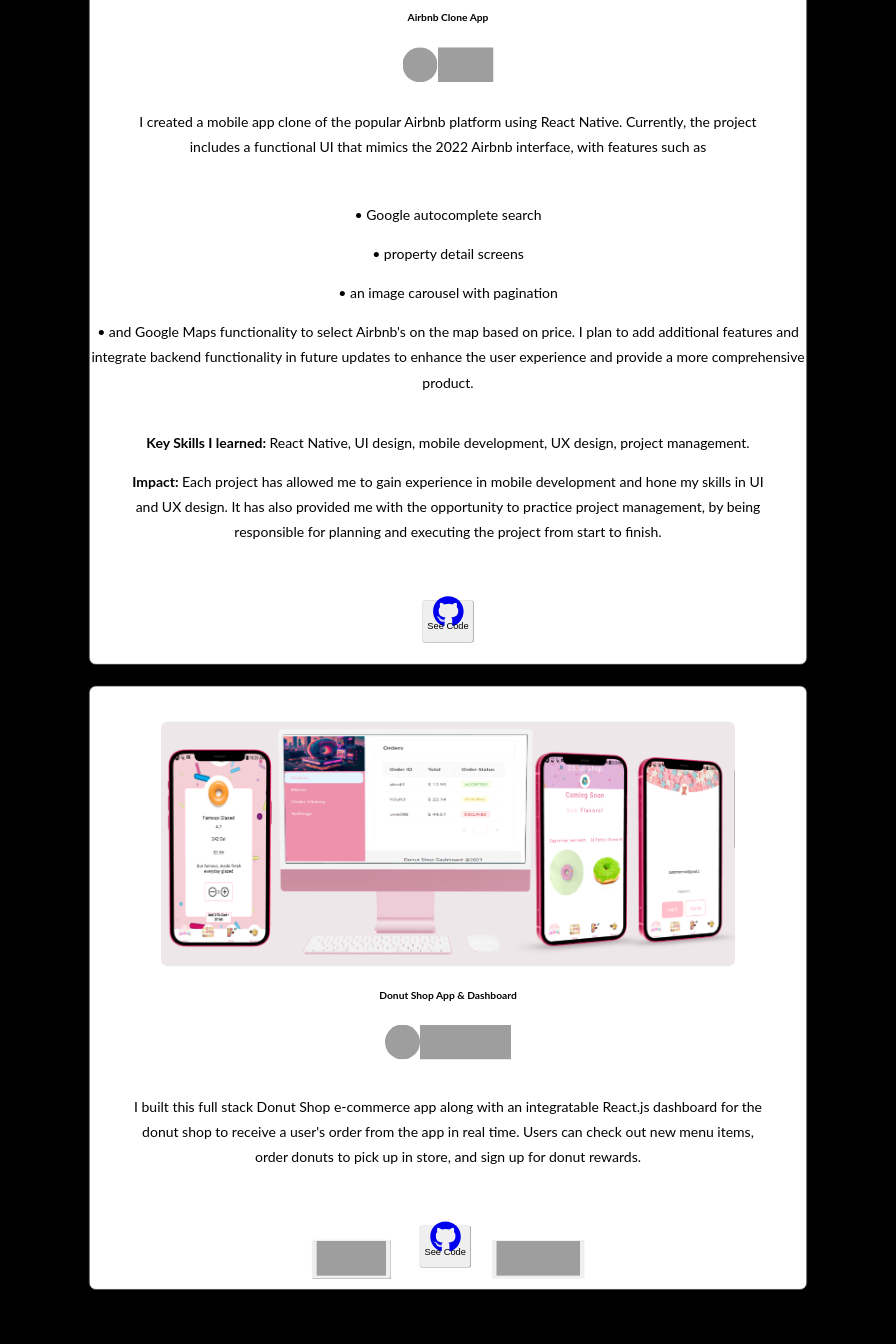
Repository: JamesPesenti/portfolio
Page: /
The author's editor kept a copy of each file at every save. The page is drawn from the files as they stood at one save, then again after the next save.
The browser window is 1280 px wide. The pictures show the part of the page from y = 1911 to 3831 px (the page is 6929 px tall), at 70% of full size.
Pictures or frames that could not be fetched are drawn as grey boxes. The project was rebuilt for these pictures with package versions that can differ from the ones it lists, and the page was loaded fresh each time. Imported but missing from the stored project, and not drawn on this page: src/Components/James Pesenti Resume 2023.pdf.

Above is the page before, as saved 2023-05-05 17:03:48.

### public/index.html
<!DOCTYPE html>
<html lang="en">
  <head>
    <meta charset="utf-8" />
    <link rel="" href="" />
    <meta name="viewport" content="width=device-width, initial-scale=1" />
    <meta name="theme-color" content="#000000" />
    <meta name="description" content="James Pesenti Portfolio 2022" />
    <link rel="apple-touch-icon" href="" />
    <link rel="manifest" href="%PUBLIC_URL%/manifest.json" />

    <title>Portfolio 2023</title>

  </head>
  <body>
    <div id="root"></div>
  </body>
</html>

### src/Components/Navbar.jsx
import React, {Component} from 'react'
import { FaGithub } from "react-icons/fa";
import { FaEnvelope } from "react-icons/fa";
import { FaFile } from "react-icons/fa";
import Pdf from "../Components/James Pesenti Resume 2023.pdf"


const Navbar = () => {
  return (
    <>
          <div className="navbar flex">
            <div className="container">
                <nav>
                  <ul style={{textAlign: "center", marginTop: 70, position: 'relative', left: 0, top: -2}}>
                    <li>
                      <a className="App-link"  href="mailto:jamespesenti91@gmail.com" target="_blank" rel="noopener noreferrer">
                      <FaEnvelope size={35} style={{display: "flex", textAlign: "center", marginLeft: 10}}/>
                          Contact
                      </a>
                    </li>
                    <li>
                      <a className="App-link" href="https://github.com/JamesPesenti" target="_blank" rel="noopener noreferrer">
                        <FaGithub size={35} style={{display: "flex", textAlign: "center", marginLeft: 10}} />
                        GitHub
                      </a>
                    </li>
                    <li>
                      <a className="App-link" href={Pdf} target="_blank" rel="noopener noreferrer">
                        <FaFile size={35} style={{display: "flex", textAlign: "center", marginLeft: 10}} />
                        Resume
                      </a>
                    </li>
                  </ul>
                </nav>
                {/* <h4 style={{color: "white", textAlign: 'center', marginBottom:-440}}>
                  See my work below and send a message to get in touch
                </h4> */}
            </div>
          </div>
    </>
  )
}

export default Navbar

### src/Components/AboutMe.jsx
import React from 'react'
import { FontAwesomeIcon } from '@fortawesome/react-fontawesome'
import { FaGithub } from "react-icons/fa";
import { FaMapPin } from "react-icons/fa";

const AboutMe = () => {
  return (
    <>

        <div style={{justifyContent: "center", textAlign: "center", color: "white", padding: 50,}}>
            {/* Spinning image  */}
            {/* <img style={{padding: 10, borderRadius: "50%", width: 200, height: 200,}} src="/images/IMG_1619.jpg" className="App-logo" alt="logo" /> */}
            <img style={{padding: 10, borderRadius: "50%", width: 200, height: 200,}} src="/images/IMG_1619.jpg" alt="logo" />
            <h1>I'm James Pesenti</h1>
            <h2>a Software Developer building mobile apps and websites</h2>
              <FaMapPin size={20} style={{position: "relative", top: 5, right: 65, }} />
              <h3 style={{marginTop: -24}}> Chicago, IL</h3>
        </div>

</>
  )
}

export default AboutMe

### src/Components/Scroll.jsx
import React from 'react'
import '../CSS/App.css';


const Scroll = () => {

  return (
    <>

        <div style={{marginBottom: 400, justifyContnent: 'center'}} id="section09" class="demo">
          <a href="#parallaxContainer">
            <span></span>
            Scroll down to see my work
          </a>
        </div>

    </>
  )
}

export default Scroll

### src/Components/MyProjects.jsx
import UberGoogleButton from "../Components/UberGoogleButton"
import AstonGoogleButton from "./AstonGoogleButton"
import AstonAppleButton from "./AstonAppleButton"
import BarceGoogleButton from "../Components/BarceGoogleButton"
import BarceAppleButton from "./BarceAppleButton"
import { FaGithub } from "react-icons/fa";

const MyProjects = () => {
  return (

  <>
    <div id="parallaxContainer">

    {/* Airbnb Clone */}
    <div style={{ justifyContent: 'center', alignItems: 'center',  width: "80%", borderRadius: 10}} className="box">
            <div>
                <img style={{ borderRadius: 10, marginTop: 50, marginBottom: -35, width: "48%", height: 350, transition: ".7s", }} src="images/mockrocket-capture (11).png" />
            </div>
            <h4 style={{textAlign: 'center'}}>Airbnb Clone App</h4>
                <div style={{flexDirection: "row", padding: 10, borderRadius: 10, marginBottom: -40,}}>
                  <img style={{width: 50, height: 50, borderRadius: 50}} src="https://i.pinimg.com/originals/8a/02/1a/8a021aa097236b42dd71fb731e3d894d.gif"/>
                  <img style={{width: 80, height: 50, }} src="https://www.datocms-assets.com/45470/1631026680-logo-react-native.png"  />
                  {/* <img style={{width: 50, height: 50, }} src="https://pbs.twimg.com/profile_images/1114309924551417856/FKA4cm2x_400x400.png"  /> */}
                </div>
            <p style={{fontSize: 20, textAlign: 'center', padding: 40, marginBottom: 0}}>I created a mobile app clone of the popular Airbnb platform using React Native. Currently, the project includes a functional UI that mimics the 2022 Airbnb interface, with features such as</p>
            <p style={{fontSize: 20, textAlign: 'center', padding: 0}}>&#8226; Google autocomplete search</p>
            <p style={{fontSize: 20, textAlign: 'center', padding: 0,}}>&#8226; property detail screens</p>
            <p style={{fontSize: 20, textAlign: 'center', padding: 0}}>&#8226; an image carousel with pagination</p>
            <p style={{fontSize: 20, textAlign: 'center', padding: 0}}> &#8226; and Google Maps functionality to select Airbnb's on the map based on price. I plan to add additional features and integrate backend functionality in future updates to enhance the user experience and provide a more comprehensive product.</p>
            <p style={{fontSize: 20, textAlign: 'center', padding: 30, marginBottom: -80}}><b> Key Skills I learned: </b>React Native, UI design, mobile development, UX design, project management.</p>
            <p style={{fontSize: 20, textAlign: 'center', padding: 50}}><b> Impact: </b> Each project has allowed me to gain experience in mobile development and hone my skills in UI and UX design. It has also provided me with the opportunity to practice project management, by being responsible for planning and executing the project from start to finish.</p>

            <div style={{flexDirection: "row"}}>
                {/* <UberGoogleButton  /> */}
                <button style={{marginTop: 40}} type="button" className="codeButton">
                  <a href="https://github.com/JamesPesenti/Airbnb" target="_blank" rel="noopener noreferrer">
                    <FaGithub  size={45} style={{ marginTop: -80, marginBottom: -25, justifyContent: "center", textAlign: "center"}} />
                  </a>
                  <p>See Code</p>
                </button>
                {/* <AstonAppleButton  /> */}
            </div>

        </div>


     {/* Donut Shop App */}
     <div style={{marginTop: 30, marginBottom: 20, justifyContent: 'center', alignItems: 'center',  width: "80%", borderRadius: 10}} className="box">
            <div>
                <img style={{ borderRadius: 10, marginTop: 50, width: "80%", height: 350, transition: ".7s", }} src="/images/appAndDashMock.png" />
            </div>
            <h4 style={{textAlign: 'center'}}>Donut Shop App & Dashboard</h4>
                <div style={{flexDirection: "row", padding: 10, borderRadius: 10, marginBottom: -40,}}>
                  <img style={{width: 50, height: 50, borderRadius: 50}} src="https://i.pinimg.com/originals/8a/02/1a/8a021aa097236b42dd71fb731e3d894d.gif"/>
                  <img style={{width: 80, height: 50, }} src="https://www.datocms-assets.com/45470/1631026680-logo-react-native.png"  />
                  <img style={{width: 50, height: 50, }} src="https://pbs.twimg.com/profile_images/1114309924551417856/FKA4cm2x_400x400.png"  />
                </div>
            <p style={{fontSize: 20,textAlign: 'center', padding: 50}}>I built this full stack Donut Shop e-commerce app along with an integratable React.js dashboard for the donut shop to receive a user's order from the app in real time. Users can check out new menu items, order donuts to pick up in store, and sign up for donut rewards.</p>

            <div style={{flexDirection: "row"}}>
                <UberGoogleButton  />
                <button style={{marginTop: 40}} type="button" className="codeButton">
                  <a href="https://github.com/JamesPesenti/Donut_Shop" target="_blank" rel="noopener noreferrer">
                    <FaGithub  size={45} style={{ marginTop: -80, marginBottom: -25, justifyContent: "center", textAlign: "center"}} />
                  </a>
                  <p>See Code</p>
                </button>
                <AstonAppleButton  />
            </div>

        </div>


    {/* Uber Eats App */}
    <div style={{marginTop: 80, marginBottom: 60, justifyContent: 'center', alignItems: 'center',  width: "80%", borderRadius: 10}} className="box">
            <div className="imgWrapper" style={{width: 480, height: 350}}>
                <img style={{ borderRadius: 5, marginTop: 50, width: "100%", height: 300, transition: ".7s", }} src="/images/UberEatsLast.png" />
            </div>
            <h4 style={{textAlign: 'center'}}>Uber Eats Clone App</h4>
                <div style={{flexDirection: "row", padding: 10, borderRadius: 10, marginBottom: -40,}}>
                  <img style={{width: 50, height: 50, borderRadius: 50}} src="https://i.pinimg.com/originals/8a/02/1a/8a021aa097236b42dd71fb731e3d894d.gif"/>
                  <img style={{width: 80, height: 50, }} src="https://www.datocms-assets.com/45470/1631026680-logo-react-native.png"  />
                  <img style={{width: 50, height: 50, }} src="https://pbs.twimg.com/profile_images/1114309924551417856/FKA4cm2x_400x400.png" />
                </div>
            <p style={{fontSize: 20,textAlign: 'center', padding: 50}}>A full stack React Native app inspired by the UberEats user app. I utilized AWS Amplify's datastore to configure the back-end to query and save customer's orders and used Amazon Cognito for user registration, authentication, & account recovery.</p>

            <div style={{flexDirection: "row"}}>
                <UberGoogleButton  />
                <button style={{marginTop: 40}} type="button" className="codeButton">
                  <a href="https://github.com/JamesPesenti/UberEatsClone" target="_blank" rel="noopener noreferrer">
                    <FaGithub  size={45} style={{ marginTop: -80, marginBottom: -20, justifyContent: "center", textAlign: "center"}} />
                  </a>
                  <p>See Code</p>
                </button>
                <AstonAppleButton  />
            </div>

        </div>


     {/* Aston Waikiki App */}
       <div style={{marginTop: 80, marginBottom: 120, justifyContent: 'center', alignItems: 'center',  width: "80%", borderRadius: 10}} className="box">
            <div className="imgWrapper" style={{width: 450, height: 350}}>
                <img style={{ marginTop: 50, width: "100%", height: "auto", transition: ".7s", }} src="/images/astonmock.png" />
            </div>
            <h4 style={{textAlign: 'center'}}>Aston Waikiki Hotel UI</h4>
                <div style={{flexDirection: "row", padding: 10, borderRadius: 10, marginBottom: -40,}}>
                  <img style={{width: 50, height: 50, borderRadius: 50}} src="https://i.pinimg.com/originals/8a/02/1a/8a021aa097236b42dd71fb731e3d894d.gif"/>
                  <img style={{width: 80, height: 50, }} src="https://www.datocms-assets.com/45470/1631026680-logo-react-native.png"  />
                </div>
            <p style={{fontSize: 20,textAlign: 'center', padding: 50}}>A React Native UI design I created to reimagine the hotel Aston Waikiki Beach's website into a cross platform mobile app. I used most of the content and images from the current website and utilized both Bottom Tabs, Drawer navigation and other React Native libraries for a better user experience.</p>

            <div style={{flexDirection: "row"}}>
                <AstonGoogleButton  />
                <button style={{marginTop: 40}} type="button" className="codeButton">
                        <a href="https://github.com/JamesPesenti/AstonWaikikiBeachApp" target="_blank" rel="noopener noreferrer">
                            <FaGithub  size={45} style={{ marginTop: -80, marginBottom: -20, justifyContent: "center", textAlign: "center"}} />
                        </a>
                        <p>See Code</p>
                </button>
                <AstonAppleButton  />
            </div>

        </div>


    {/* Barcelona App */}
       <div style={{marginTop: 20, marginBottom: 120, justifyContent: 'center', alignItems: 'center',  width: "80%", borderRadius: 10}} className="box">
            <div className="imgWrapper" style={{width: 650, height: 300}}>
                <img style={{ marginTop: 30, width: "100%", height: 250, transition: ".7s", }} src="/images/barcelonamockup.png" />
            </div>
            <h4 style={{textAlign: 'center'}}>Barcelona Tourist App</h4>
                <div style={{flexDirection: "row", padding: 10, borderRadius: 10, marginBottom: -20,}}>
                <img style={{width: 80, height: 50,}} src="https://www.datocms-assets.com/45470/1631026680-logo-react-native.png"  />
                <img style={{width: 50, height: 50, borderRadius: 50}} src="https://i.pinimg.com/originals/8a/02/1a/8a021aa097236b42dd71fb731e3d894d.gif"/>
                </div>
            <p style={{fontSize: 20, textAlign: 'center', padding: 50}}>I created this React Native app for visitors of Barcelona Spain to save pictures and locations of their favorite places. I used pop-up modals for users to quickly get information on popular sights and used geolocation with google maps so users can save their location and select it on the map.</p>

            <div style={{flexDirection: "row"}}>
               <BarceAppleButton  />
                <button style={{marginTop: 40}} type="button" className="codeButton">
                        <a href="https://github.com/JamesPesenti/BarcelonaApp" target="_blank" rel="noopener noreferrer">
                            <FaGithub  size={45} style={{ marginTop: -80, marginBottom: -20, justifyContent: "center", textAlign: "center"}} />
                        </a>
                        <p>See Code</p>
                </button>
                <BarceGoogleButton  />
            </div>

        </div>

    {/* IAR React App */}
        {/* <div style={{marginBottom: 0, justifyContent: 'center', alignItems: 'center',  width: "80%", borderRadius: 10}} className="box">
            <img style={{ width: 600, height: 350, borderRadius: 10, borderWidth: 2, borderColor: "green"}} src="/images/innermock.png" />
            <h4 style={{textAlign: 'center'}}>Inner Aura Readings Website</h4>
            <div style={{flexDirection: "row", padding: 10, borderRadius: 10}}>
                <img src="https://www.logo.wine/a/logo/React_(web_framework)/React_(web_framework)-Logo.wine.svg" style={{width: 100, height: 50,}} />
                <img className="logoBox" src="https://cdn.pixabay.com/photo/2017/08/05/11/16/logo-2582747_1280.png" style={{width: 50, height: 50,}} />
            </div>
            <p style={{fontSize: 20, textAlign: 'center', padding: 50}}>This was the first official React.js web app that I developed. I made it for a friend who wanted to reach more customers with a mobile friendly website. I made multiple iterations and converted it into a PWA for offline operability with native like performance. </p>
            <button style={{marginTop: 0}} type="button" className="codeButton">
                        <a href="https://github.com/JamesPesenti/InnerAuraReadings2022" target="_blank" rel="noopener noreferrer">
                            <FaGithub  size={45} style={{ marginTop: -80, marginBottom: -20, justifyContent: "center", textAlign: "center"}} />
                        </a>
                        <p>See Code</p>
            </button>

        </div> */}


{/* REapp */}
        {/* <div style={{marginBottom: 100, justifyContent: 'center', alignItems: 'center',  width: "80%", borderRadius: 10,}} className="box">
        <img style={{marginTop: 50, width: 800, height: 350, borderRadius: 10, borderWidth: 2, borderColor: "green"}} src="/images/remockup.png" />
            <h4 style={{textAlign: 'center'}}>Real Estate Listing Website </h4>
            <div style={{flexDirection: "row", padding: 10, borderRadius: 10}}>
                <img src="https://www.logo.wine/a/logo/React_(web_framework)/React_(web_framework)-Logo.wine.svg" style={{width: 100, height: 50,}} />
                <img src="https://img.icons8.com/color/480/cloud-firestore.png" style={{width: 50, height: 50,}} />
                <img src="https://raw.githubusercontent.com/JamesPesenti/RealEstateApp/16b046b3d34b4a26468627e906dc503be8911b73/src/assets/svg/googleIcon.svg" style={{marginBottom: 8, width: 100, height: 30,}} />
            </div>
            <p style={{fontSize: 20, textAlign: 'center', padding: 50}}>Real Estate listing website built with React, FireStore database and Google OAuth to sign in with a google account. You can search listings for rent/sale and login to your account to create a listing and save offers. Inspiration and back-end code taken from Brad Traversey's React course I took on Udemy.</p>
            <button style={{marginTop: 40}} type="button" className="codeButton">
                        <a href="https://github.com/JamesPesenti/RealEstateApp" target="_blank" rel="noopener noreferrer">
                            <FaGithub  size={45} style={{ marginTop: -80, marginBottom: -20, justifyContent: "center", textAlign: "center"}} />
                        </a>
                        <p>See Code</p>
            </button>
        </div> */}

    </div>


    </>
  )
}

export default MyProjects

### src/Components/UberGoogleButton.jsx
import React from 'react'


const UberGoogleButton = () => {
  return (
    <>
    <button type="button" style={{marginRight: 40, borderWidth: .1, borderColor: '#efefef', borderRadius: 5}}>
        <a href="https://expo.dev/accounts/jimpesenti/projects/UberEats/builds/b9dfcb73-dd37-4009-b5f9-7d24a72b937d">
            <img style={{width: 100, height: 50, borderRadius: 0}} src="https://logos-world.net/wp-content/uploads/2020/12/Google-Play-Logo-500x281.png"/>
        </a>
    </button>
    </>
  )
}

export default UberGoogleButton

### src/Components/AstonGoogleButton.jsx
import React from 'react'


const AstonGoogleButton = () => {
  return (
    <>
    <button type="button" style={{marginRight: 40, borderWidth: .1, borderColor: '#efefef', borderRadius: 5}}>
        <a href="https://play.google.com/store/apps/details?id=com.jamespesenti91.astonwaikikibeach">
            <img style={{width: 100, height: 50, borderRadius: 0}} src="https://logos-world.net/wp-content/uploads/2020/12/Google-Play-Logo-500x281.png"/>
        </a>
    </button>
    </>
  )
}

export default AstonGoogleButton

### src/Components/AstonAppleButton.jsx
import React from 'react'

const AstonAppleButton = () => {
  return (
    <>
    <button type="submit" style={{marginLeft: 30, borderWidth: 0,}}  >
        <a href="">
            <img style={{width: 120, height: 50, borderRadius: 0}} src="https://images.squarespace-cdn.com/content/v1/5b549a7f3c3a53487c250f58/1597439116255-P7ME5MNOIWQLJS1X4CPP/Apple+App+Store+Logo+Button.png"/>
        </a>
    </button>
    </>
  )
}

export default AstonAppleButton

### src/Components/BarceGoogleButton.jsx
import React from 'react'


const BarceGoogleButton = () => {
  return (
    <>
    <button type="button" style={{marginLeft: 30, borderWidth: .1, borderColor: '#efefef', borderRadius: 5}}>
        <a href="https://play.google.com/store/apps/details?id=com.jamespesenti91.VisitBarcelona">
            <img style={{width: 100, height: 50, borderRadius: 0}} src="https://logos-world.net/wp-content/uploads/2020/12/Google-Play-Logo-500x281.png" alt="barceButton"/>
        </a>
    </button>
    </>
  )
}

export default BarceGoogleButton

### src/Components/BarceAppleButton.jsx
import React from 'react'

const BarceAppleButton = () => {
  return (
    <>
    <button type="submit" style={{marginRight: 30, borderWidth: 0,}}  >
        <a href="">
            <img style={{width: 120, height: 50, borderRadius: 0}} src="https://images.squarespace-cdn.com/content/v1/5b549a7f3c3a53487c250f58/1597439116255-P7ME5MNOIWQLJS1X4CPP/Apple+App+Store+Logo+Button.png"/>
        </a>
    </button>
    </>
  )
}

export default BarceAppleButton

Loaded but not shown: src/index.js (common file); src/reportWebVitals.js (common file); src/serviceWorkerRegistration.js (137 lines, source omitted); src/App.js (33 lines, source omitted); src/CSS/App.css (351 lines, source omitted); src/CSS/index.css (197 lines, source omitted)

After the next save:
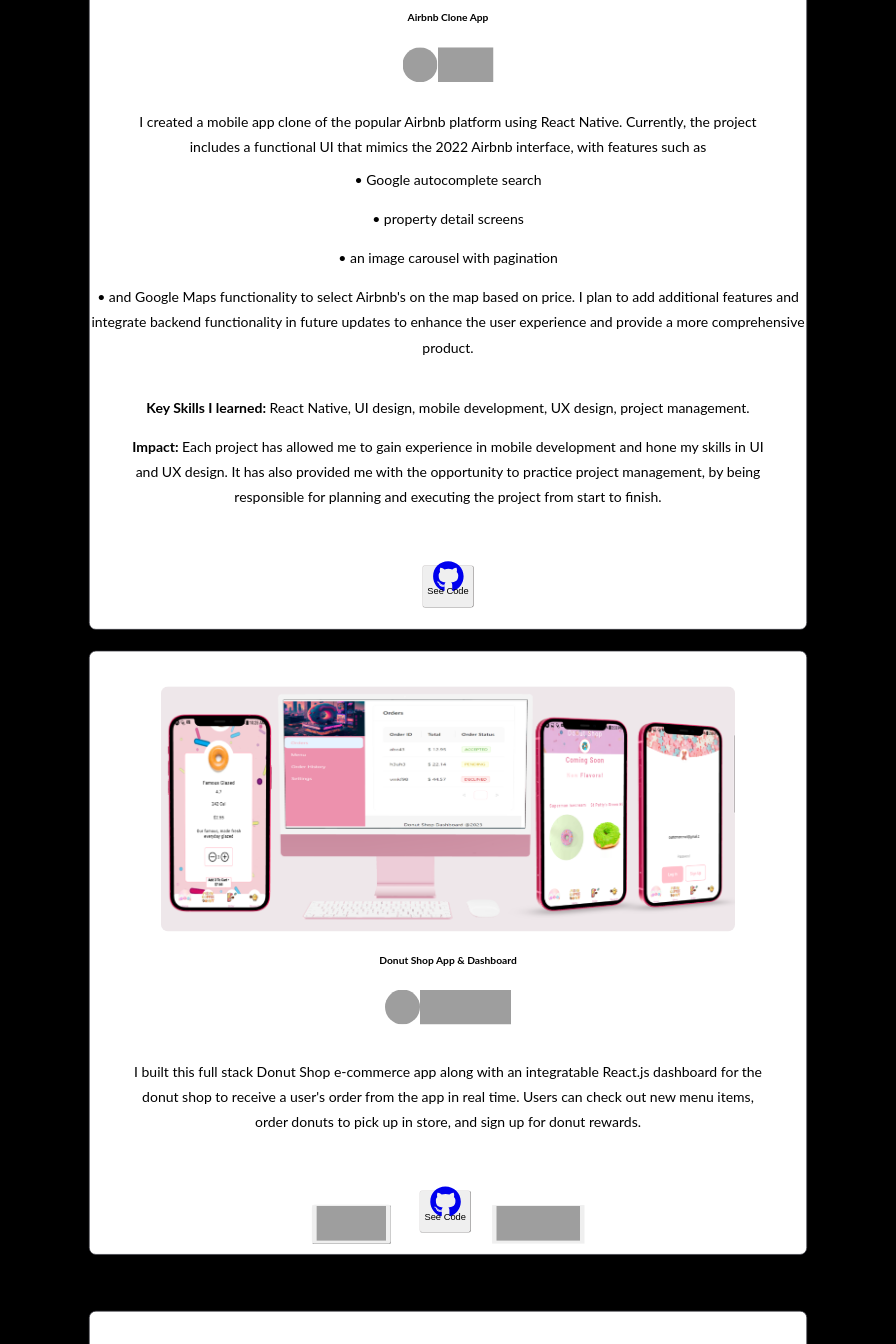
Saved 11 s later.
--- a/src/Components/MyProjects.jsx
+++ b/src/Components/MyProjects.jsx
@@ -22,7 +22,7 @@
                   <img style={{width: 80, height: 50, }} src="https://www.datocms-assets.com/45470/1631026680-logo-react-native.png"  />
                   {/* <img style={{width: 50, height: 50, }} src="https://pbs.twimg.com/profile_images/1114309924551417856/FKA4cm2x_400x400.png"  /> */}
                 </div>
-            <p style={{fontSize: 20, textAlign: 'center', padding: 40, marginBottom: 0}}>I created a mobile app clone of the popular Airbnb platform using React Native. Currently, the project includes a functional UI that mimics the 2022 Airbnb interface, with features such as</p>
+            <p style={{fontSize: 20, textAlign: 'center', padding: 40, marginBottom: -50}}>I created a mobile app clone of the popular Airbnb platform using React Native. Currently, the project includes a functional UI that mimics the 2022 Airbnb interface, with features such as</p>
             <p style={{fontSize: 20, textAlign: 'center', padding: 0}}>&#8226; Google autocomplete search</p>
             <p style={{fontSize: 20, textAlign: 'center', padding: 0,}}>&#8226; property detail screens</p>
             <p style={{fontSize: 20, textAlign: 'center', padding: 0}}>&#8226; an image carousel with pagination</p>
